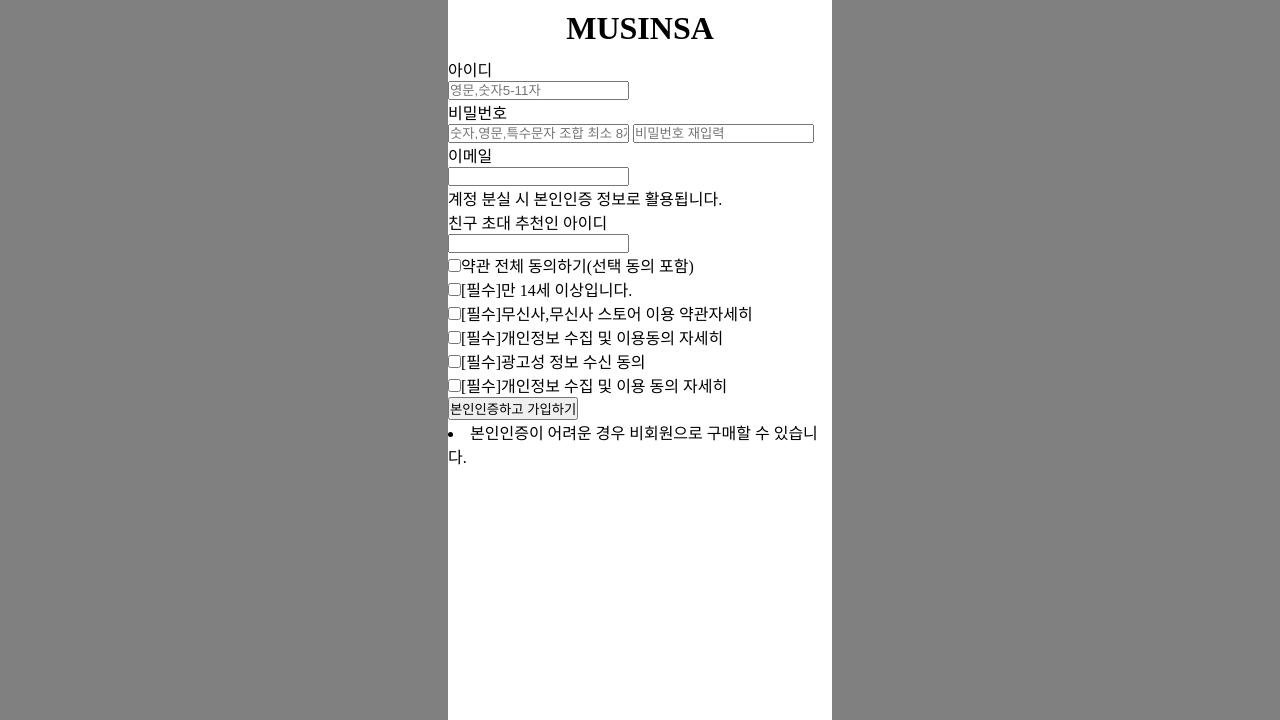
Repository: SilverSharkDeveloper/HTML-CSS-Study
Page: html/workspace/day04/WebContent/task.html
An editor plug-in stored every save of this project. The page is shown before and after the next save, followed by the edit.
The browser window is 1280 px wide. The pictures show the whole page.

Above is the page before, as saved 2023-03-13 12:17:11.

### html/workspace/day04/WebContent/task.html
<!DOCTYPE html>
<html>
<head>
<meta charset="UTF-8">
<title>무신사</title>
<style>
	*{
		margin : 0;
		padding : 0;

	}
</style>
</head>
<body>
		<div class = "container" style = "background : grey ; height :100vh">
			<div class = "container login" style ="width : 30%;height : 100%; margin : 0 auto ; background :white">
				<div>
					<header style ="text-align : center;padding: 10px 0">
						<h1>MUSINSA</h1>
					</header>
				</div>
				<div>
					<form>
						<div>
							아이디
						</div>
						<div>
							<input type ="text" placeholder = "영문,숫자5-11자">
						</div>
						<div>
							비밀번호
						</div>
						<div>
							<input type = "password" placeholder ="숫자,영문,특수문자 조합 최소 8자">
							<input type = "password" placeholder ="비밀번호 재입력">
						</div>
						<div>
							이메일
						</div>
						<div>
							<input type = "email">
						</div>
						<div>
							계정 분실 시 본인인증 정보로 활용됩니다.
						</div>
						<div>
							친구 초대 추천인 아이디
						</div>
						<div>
							<input type = "text">
						</div>
						<div>
							<input type = "checkbox">약관 전체 동의하기(선택 동의 포함)
						</div>
						<div>
							<div>
								<input type = "checkbox">[필수]만 14세 이상입니다.
							</div>
							<div>
							<input type = "checkbox">[필수]무신사,무신사 스토어 이용 약관자세히
							</div>
							<div>
							<input type = "checkbox">[필수]개인정보 수집 및 이용동의 자세히
							</div>
							<div>
							<input type = "checkbox">[필수]광고성 정보 수신 동의
							</div>
							<div>
							<input type = "checkbox">[필수]개인정보 수집 및 이용 동의 자세히
							</div>
						</div>
						<div>
							<button>본인인증하고 가입하기</button>
						</div>
						<div>
							<li>본인인증이 어려운 경우 비회원으로 구매할 수 있습니다.</li>
						</div>
					</form>
				</div>
			</div>
		</div>
</body>
</html>

After the next save:
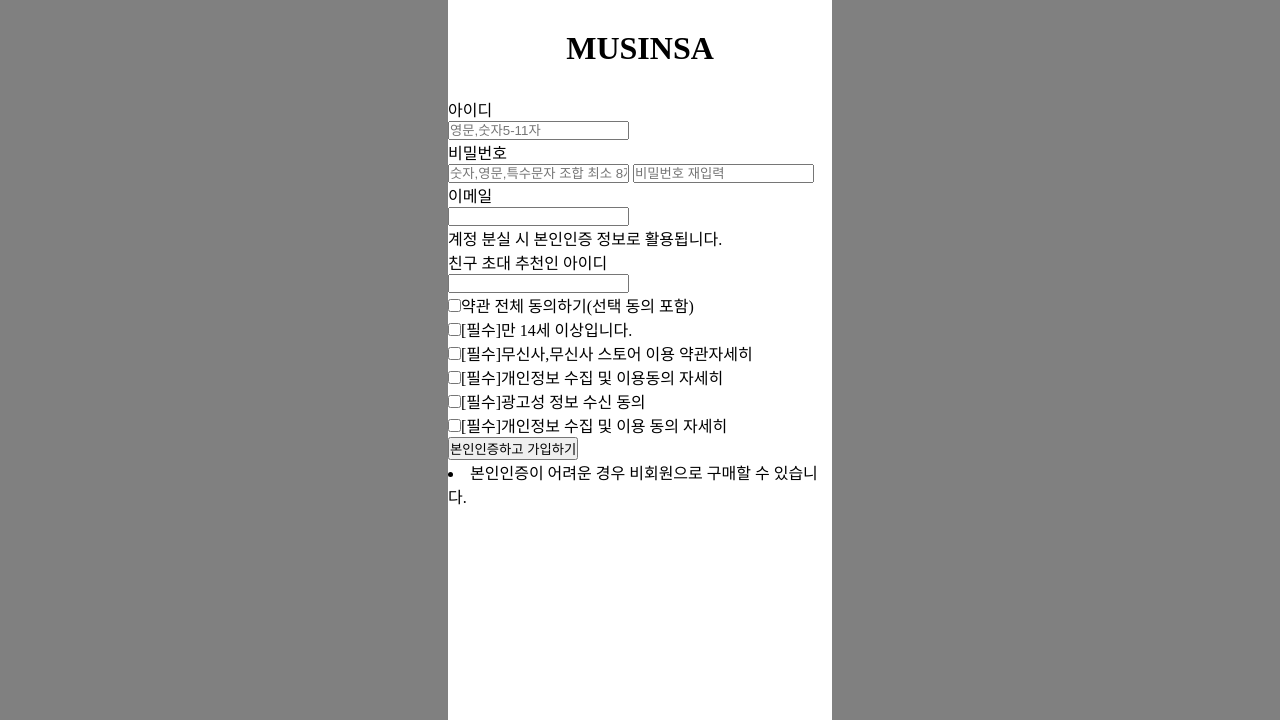
Saved 9 s later.
--- a/html/workspace/day04/WebContent/task.html
+++ b/html/workspace/day04/WebContent/task.html
@@ -15,7 +15,7 @@
 		<div class = "container" style = "background : grey ; height :100vh">
 			<div class = "container login" style ="width : 30%;height : 100%; margin : 0 auto ; background :white">
 				<div>
-					<header style ="text-align : center;padding: 10px 0">
+					<header style ="text-align : center;padding: 30px 0">
 						<h1>MUSINSA</h1>
 					</header>
 				</div>
